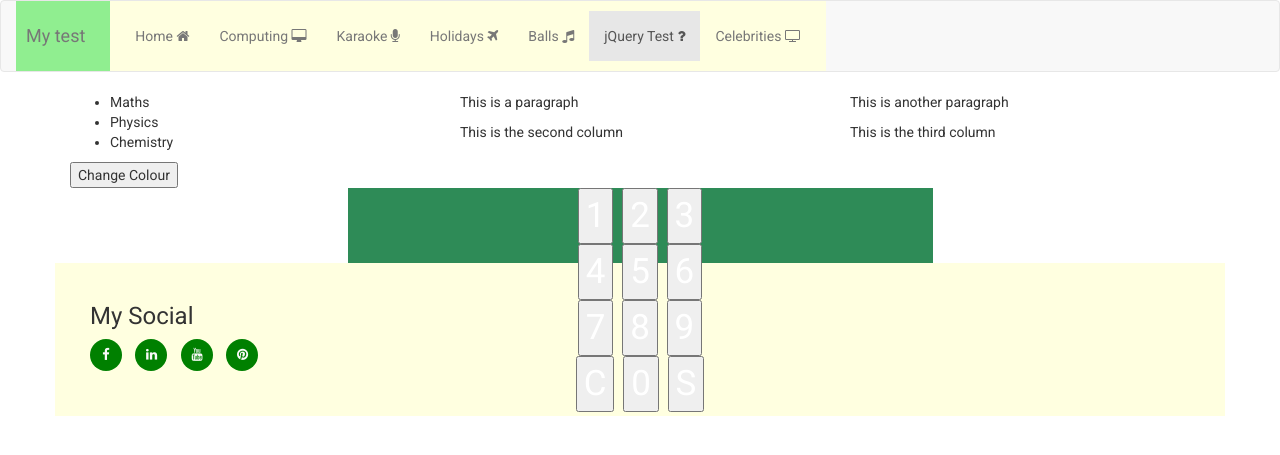
Repository: derektypist/bootstrap
Page: jquerydemo.html
The author's editor kept a record of every edit. The page is drawn from the files as they stood at one moment, then again after the next edit.
The browser window is 1280 px wide. The pictures show the whole page.
Some web libraries are served in a nearby version.

Above is the page before.

After the next edit:
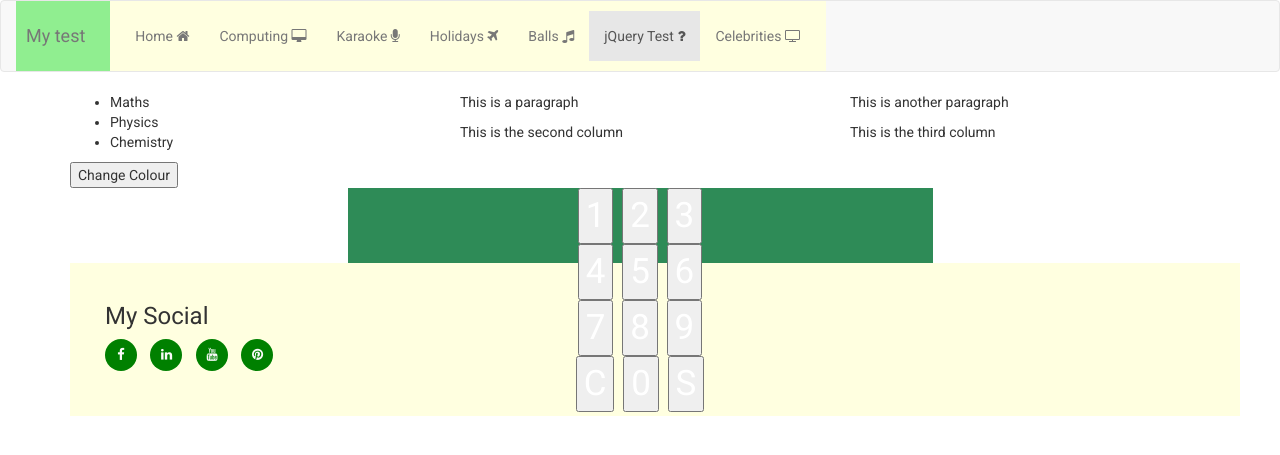
The edit:
--- a/jquerydemo.html
+++ b/jquerydemo.html
@@ -108,7 +108,7 @@
 
             </article>
         </article>
-    </section>
+
 
      <!-- Footer -->
        <footer class="container">
